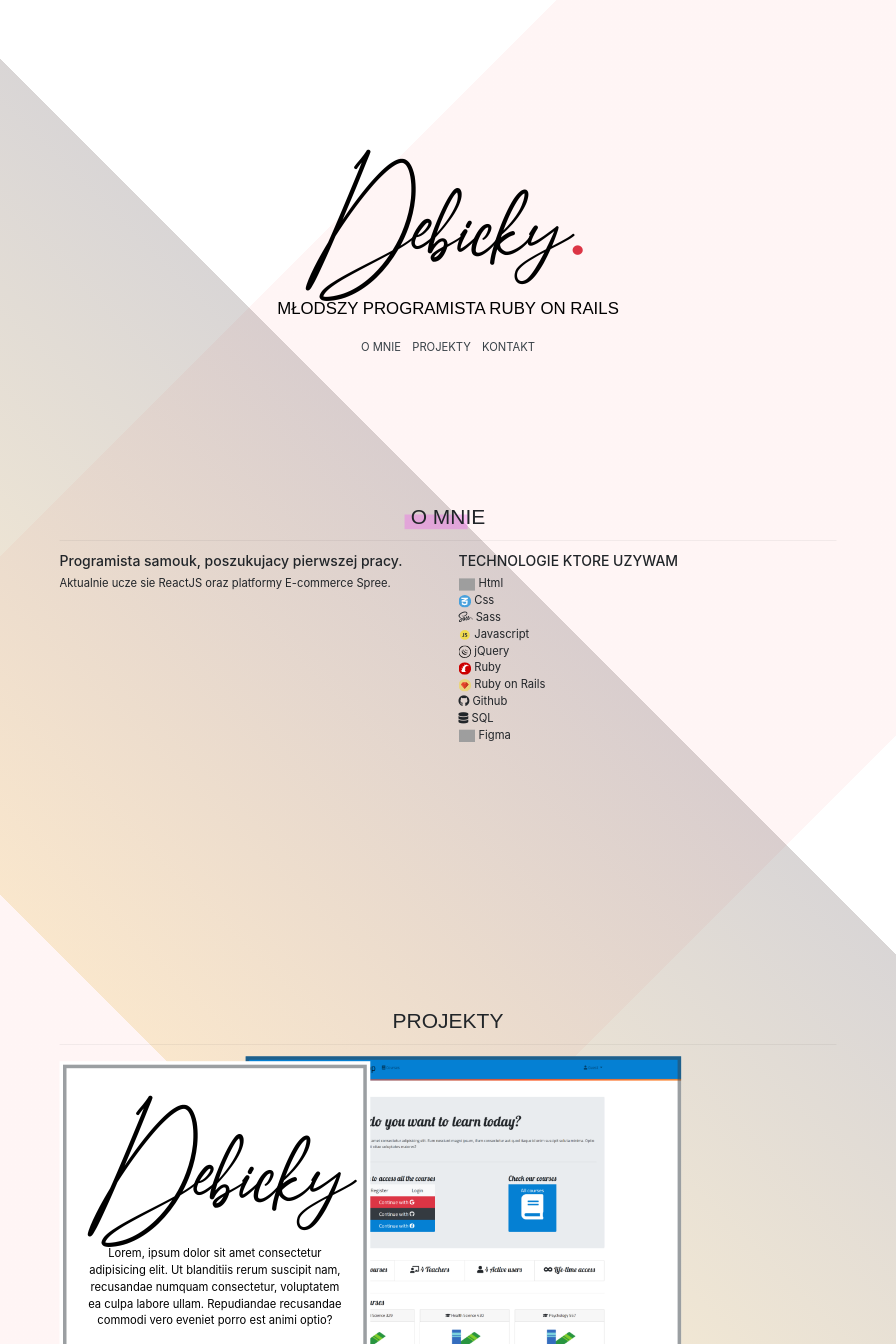
Repository: debicky/debicky.github.io
Page: index.html
The author's editor kept a copy of each file at every save. The page is drawn from the files as they stood at one save, then again after the next save.
The browser window is 1280 px wide. The pictures show the part of the page from y = 0 to 1920 px (the page is 4403 px tall before and 3803 px after), at 70% of full size.
Pictures or frames that could not be fetched are drawn as grey boxes. Some web fonts or font styles are not loaded; a fallback is used. Some web libraries are served in a nearby version.

Above is the page before, as saved 2020-06-14 15:50:23.

### index.html
<!DOCTYPE html>
<html lang="en">
<head>
  <meta charset="UTF-8">
  <meta name="viewport" content="width=device-width, initial-scale=1.0">
  <title>Debicky</title>
  <link rel="stylesheet" href="https://stackpath.bootstrapcdn.com/bootstrap/4.5.0/css/bootstrap.min.css" integrity="sha384-9aIt2nRpC12Uk9gS9baDl411NQApFmC26EwAOH8WgZl5MYYxFfc+NcPb1dKGj7Sk" crossorigin="anonymous">
  <link rel="stylesheet" href="https://cdnjs.cloudflare.com/ajax/libs/font-awesome/5.11.2/css/all.min.css">
  <link rel="stylesheet" href="styles.css">
  <link rel="stylesheet" href="https://unpkg.com/aos@next/dist/aos.css" />

</head>
<body>


  <header>
    <div class="signature" data-aos="fade-in" data-aos-duration="2000">
      <h5 class="signature-heading ">Debicky<span class="text-danger font-weight-bolder">.</span></h5>
      <h3 class="signature-subheading">Młodszy Programista Ruby on Rails</h3>
    </div>

    <div class="container">
      <nav class="navbar navbar-expand-md p-0 rounded" data-aos="fade-in" data-aos-duration="3000">
        <button class="navbar-toggler" type="button" data-toggle="collapse" data-target="#navbarSupportedContent" aria-controls="navbarSupportedContent" aria-expanded="false" aria-label="Toggle navigation">
          <i class="fas fa-bars"></i>
          <i class="fas fa-times"></i>
        </button>

        <div class="collapse navbar-collapse d-md-flex justify-content-center" id="navbarSupportedContent">
          <ul class="navbar-nav">
            <li class="nav-item">
              <a class="nav-link" href="#about">O mnie</a>
            </li>
            <li class="nav-item">
              <a class="nav-link" href="#projects">Projekty</a>
            </li>
            <li class="nav-item">
              <a class="nav-link" href="#contact">Kontakt</a>
            </li>
          </ul>
        </div>
      </nav>
    </div>
  </header>

  <section class="about" id="about">
    <div class="container">
      <h1 class="text-center">O mnie</h1>
      <hr>

      <div class="row">
        <div class="col-12 col-md-6 col-lg-6 mb-5 mb-md-0">
          <h5>
            Programista samouk, poszukujacy pierwszej pracy.
          </h5>
          Aktualnie ucze sie ReactJS oraz platformy E-commerce Spree.
        </div>
        <div class="col-12 col-md-6 col-lg-6 mb-5 mb-md-0">
          <h5 class="text-uppercase">Technologie ktore uzywam</h5>
            <ul class="list-unstyled">
              <li>
                <img src="/images/icons/html.svg" alt=""> Html
              </li>
              <li>
                <img src="/images/icons/css.svg" alt=""> Css
              </li>
              <li>
                <i class="fab fa-sass"></i> Sass
              </li>
              <li>
                <img src="/images/icons/js.svg" alt=""> Javascript
              </li>
              <li>
                <img src="/images/icons/jquery.svg" alt=""> jQuery
              </li>
              <li>
                <img src="/images/icons/ror.svg" alt=""> Ruby
              </li>
              <li>
                <img src="/images/icons/ruby.svg" alt=""> Ruby on Rails
              </li>
              <li>
                <i class="fab fa-github"></i> Github
              </li>
              <li>
                <i class="fas fa-database"></i> SQL
              </li>
              <li>
                <img src="/images/icons/figma.svg" alt=""> Figma
              </li>

            </ul>
        </div>
        </div>
      </div>

    </div>
  </section>




  <section class="projects" id="projects">
    <div class="container">
      <h1 class="text-center">Projekty</h1>
      <hr>

      <div class="project-1">
        <div class="about-content">
          <div class="about-description">
            <div class="signature">
              <h5 class="signature-heading">Debicky</h5>
              <p>Lorem, ipsum dolor sit amet consectetur adipisicing elit. Ut blanditiis rerum suscipit nam, recusandae numquam consectetur, voluptatem ea culpa labore ullam. Repudiandae recusandae commodi vero eveniet porro est animi optio?</p>
            </div>
          </div>
          <div class="about-image">
            <a href="/images/1.jpeg">
              <img src="/images/course.png" alt="img1">
            </a>
          </div>
        </div>
      </div>
      <div class="project-1">
        <div class="about-content">
          <div class="about-description">
            <div class="signature">
              <h5 class="signature-heading">Debicky</h5>
              <p>Lorem, ipsum dolor sit amet consectetur adipisicing elit. Ut blanditiis rerum suscipit nam, recusandae numquam consectetur, voluptatem ea culpa labore ullam. Repudiandae recusandae commodi vero eveniet porro est animi optio?</p>
            </div>
          </div>
          <div class="about-image">
            <a href="/images/1.jpeg">
              <img src="/images/blog.png" alt="img1">
            </a>
          </div>
        </div>
      </div>
      <div class="project-1">
        <div class="about-content">
          <div class="about-description">
            <div class="signature">
              <h5 class="signature-heading">Debicky</h5>
              <p>Lorem, ipsum dolor sit amet consectetur adipisicing elit. Ut blanditiis rerum suscipit nam, recusandae numquam consectetur, voluptatem ea culpa labore ullam. Repudiandae recusandae commodi vero eveniet porro est animi optio?</p>
            </div>
          </div>
          <div class="about-image">
            <a href="/images/1.jpeg">
              <img src="/images/shop.png" alt="img1">
            </a>
          </div>
        </div>
      </div>

    </div>
  </section>

  <section class="contact" id="contact">
    <div class="container">
      <h1 class="text-center">Kontakt</h1>
      <hr>

      <div class="row">
        <div class="col-12 col-md-6 col-lg-6 mb-5 mb-md-0">
          <div class="jumbotron">
            Potrzebujesz wiecej informacji?
            Wyslij mi wiadomosc e-mail lub skontaktuj sie przez Messenger!
          </div>
        </div>
        <div class="col-12 col-md-6 col-lg-6 mb-5 mb-md-0">
          <div class="jumbotron">SECOND</div>
        </div>
      </div>
    </div>
  </section>


  <footer class="py-5" id="footer">
    <div class="up" id="up">
      <i class="fas fa-chevron-up"></i>
    </div>
    <div class="container">
      <div class="row">
        <div class="col-12 col-md-5 col-lg-4 mb-5 mb-md-0">
          <div class="signature-footer">
            <h5 class="signature-footer-heading">Debicky<span class="text-danger font-weight-bolder">.</span></h5>
            <h3 class="signature-footer-subheading">Programista Ruby on Rails</h3>
          </div>
          <small class="d-block mt-2 text-muted">&copy; 2020</small>
        </div>
        <div class="col-12 col-md-5 col-lg-4 mb-5">
          <h5 class="text-uppercase">Media</h5>
            <ul class="list-unstyled mb-0">
              <li>
                <a href="https://www.facebook.com/artur.debicki.5" class="text-muted"><i class="fab fa-facebook"></i> Facebook</a>
              </li>
              <li>
                <a href="https://www.instagram.com/debicky" class="text-muted"><i class="fab fa-instagram"></i> Instagram</a>
              </li>
              <li>
                <a href="https://github.com/debicky" class="text-muted"><i class="fab fa-github"></i> Github</a>
              </li>
            </ul>
        </div>
        <div class="col-12 col-md-5 col-lg-4">
          <h5 class="text-uppercase">Kontakt</h5>
            <ul class="list-unstyled mb-0">
              <li>
                <a href="mailto:arturd444@gmail.com" class="text-muted"><i class="fas fa-envelope"></i> arturd444@gmail.com</a>
              </li>
              <li>
                <p class="text-muted"><i class="fa fa-phone"></i> +48 692 138 221</p>
              </li>
            </ul>
        </div>
      </div>
    </div>
  </footer>



  <script src="https://code.jquery.com/jquery-3.5.0.min.js" crossorigin="anonymous"></script>
  <script src="https://cdn.jsdelivr.net/npm/popper.js@1.16.0/dist/umd/popper.min.js" integrity="sha384-Q6E9RHvbIyZFJoft+2mJbHaEWldlvI9IOYy5n3zV9zzTtmI3UksdQRVvoxMfooAo" crossorigin="anonymous"></script>
  <script src="https://stackpath.bootstrapcdn.com/bootstrap/4.5.0/js/bootstrap.min.js" integrity="sha384-OgVRvuATP1z7JjHLkuOU7Xw704+h835Lr+6QL9UvYjZE3Ipu6Tp75j7Bh/kR0JKI" crossorigin="anonymous"></script>
  <script src="https://unpkg.com/aos@next/dist/aos.js"></script>
  <script src="script.js"></script>

</body>
</html>

### styles.css
@import url('https://fonts.googleapis.com/css?family=Playfair+Display+SC|Roboto:300,400&display=swap');

@font-face {
  font-family: "AmostelySignature";
  src: url("/fonts/AmostelySignature.ttf");
  }


* {
  margin: 0;
  padding: 0;
  box-sizing: border-box;
}

body {
  background-image: linear-gradient(45deg, transparent 0%, transparent 55%,rgba(238, 202, 125, 0.336) 55%, rgba(83, 67, 67, 0.219) 76%,transparent 76%, transparent 100%),linear-gradient(135deg, transparent 0%, transparent 14%,rgba(255,1,1, 0.04) 14%, rgba(255,1,1, 0.04) 41%,transparent 41%, transparent 100%),linear-gradient(45deg, transparent 0%, transparent 2%,rgba(255,1,1, 0.04) 2%, rgba(255,1,1, 0.04) 18%,transparent 18%, transparent 100%),linear-gradient(135deg, transparent 0%, transparent 61%,rgba(255,1,1, 0.04) 61%, rgba(255,1,1, 0.04) 71%,transparent 71%, transparent 100%),linear-gradient(90deg, rgb(255,255,255),rgb(255,255,255));
}

html {
  font-family: "Roboto", sans-serif;
}

a:hover {
  text-decoration: none;;
}

/* Heading */

header{
  height: 100vh;
  width: 100%;
  display: flex;
  flex-direction: column;
  align-items: center;
  justify-content: center;

}

.signature{
  color: black;
  text-align: center;
  user-select: none;
}

.signature-heading{
  font-family: 'AmostelySignature', cursive;
  font-size: 10rem;
  margin-bottom: 30px;
}

.signature-subheading{
  font-family: 'Playfair Display SC', sans-serif;
  font-size: 1.5rem;
  text-transform: uppercase;
  margin-bottom: 20px;
}

/* Navbar */

.navbar{
  background-color: #384147;
}

.navbar-toggler i{
  color: #fff;
  font-size: 1.2rem;
}

.navbar-toggler .fa-times{
  display: none;
}

.navbar-toggler.menu-open  .fa-bars{
  display: none;
}

.navbar-toggler.menu-open  .fa-times{
  display: block;
}

.navbar-nav{
  padding: 20px;
}

.nav-link{
  color: #fff;
  text-transform: uppercase;
  transition: opacity .5s;
  font-size: 1rem;
}

.nav-link:hover{
  color: maroon;
}

/* About */

.about{
  height: 100vh;
}

.about h1 {
  position: relative;
  z-index: 1;
}

.about h1::before {
  content: ' ';
  position: absolute;
  width: 3em;
  background: #ec52ec57;
  height: .7em;
  bottom: 0;
  z-index: -1;
  margin-left: -.3em;
}

.about img{
height: 18px;
}

.about-description{
  width: 100%;
  background-color: #fff;
  padding: 40px;
  outline: 5px solid rgba(56, 65, 71, 0.5);
  outline-offset: -5px;
  order: 1;
  margin-top: 5px;
}

.about-image{
  order: 2;
}

.about-image img{
  outline: 5px solid rgba(56, 65, 71, 0.5);
  outline-offset: -5px;
  width: 100%;
  height: auto;
  display: block;
}

.about-image a::after{
  font-family: 'Font Awesome 5 Free';
  content: "\f35d";
  font-weight: 600;
  position: absolute;
  top: 50%;
  left: 50%;
  transform: translate(-50%, -50%);
  color: maroon;
  font-size: 25px;
  z-index: 101;
  width: 70px;
  height: 70px;
  border: 3px solid maroon;
  border-radius: 100%;
  display: flex;
  align-items: center;
  justify-content: center;
  opacity: 0;
  transition: opacity .5s;
}

.about-image a:hover::after{
  opacity: .7;
}


/* Projects */

section h1{
  font-family: 'Playfair Display SC', sans-serif;
  font-size: 30px;
  text-transform: uppercase;
}





/* Contact */

.contact{
  height: 100vh;
}


.jumbotron{
  width: 100%;
  display: flex;
  align-items: center;
  justify-content: center;
}

/* Footer */


footer {
  background-color: #151515;
  color: #fff;
}

.signature-footer{
  color: #fff;
  user-select: none;
}

.signature-footer-heading{
  font-family: 'AmostelySignature', cursive;
  font-size: 50px;
  margin-bottom: 30px;
  color: #fff;
}

.signature-footer-subheading{
  font-family: 'Playfair Display SC', sans-serif;
  font-size: 12px;
  text-transform: uppercase;
  color: #fff;
}

footer h5{
  font-family: 'Playfair Display SC', sans-serif;

}


a.text-muted:hover{
  color: maroon !important;
}

.up{
  position: absolute;
  width: 5rem;
  height: 5rem;
  background-color: #fff;
  right: 5rem;
  border-radius: 100%;
  display: flex;
  animation: pulse 2.5s infinite;
  cursor: pointer;
}

.up i{
  color: #151515;
  font-size: 2rem;
  margin: auto;
}

@keyframes pulse {
  0%{
    box-shadow: 0 0 0 0 rgba(238, 202, 125, 0.99);
  }
  70%{
    box-shadow: 0 0 0 2rem rgba(238, 202, 125, 0);

  }
  100%{
    box-shadow: 0 0 0 0 rgba(238, 202, 125, 0);

  }
}

/* Responsive */

@media screen and (min-width: 768px) {
  .navbar{
    background-color: transparent;
  }
  .navbar-nav{
    padding: 0;
  }
  .nav-link{
    color: #384147;
  }

  nav:hover .nav-link:not(:hover){
    opacity: .5;
  }

  .about-content{
    position: relative;
    display: block;
  }

  .about-description{
    position: absolute;
    top: 80%;
    transform: translateY(-50%);
    width: 60%;
    outline-offset: -10px;
  }

  .about-image img{
    width: 70%;
    margin-left: auto;
  }
}

@media screen and (min-width: 1200px) {
  .about-description{
    top: 50%;
    width: 40%;
  }

  .about-image{
    width: 80%;
  }


}

.project-1{
  margin-bottom: 200px;
}

### script.js
$(document).ready(function () {

  AOS.init();


  $('.navbar-toggler').on('click', function () {
    $(this).toggleClass('menu-open');
  })

  $('.navbar .nav-link').on('click', function () {
    $('.navbar-collapse').toggleClass('show')
    $('.navbar-toggler').removeClass('menu-open')
  });

  $('nav a[href*="#').on('click', function () {
    $('html, body').animate({
      scrollTop: $($(this).attr('href')).offset().top - 10
    }, 900);
  });

  $('#up').on('click', function () {
    $('html, body').animate({
      scrollTop: 0
    }, 900);
  });






})

After the next save:
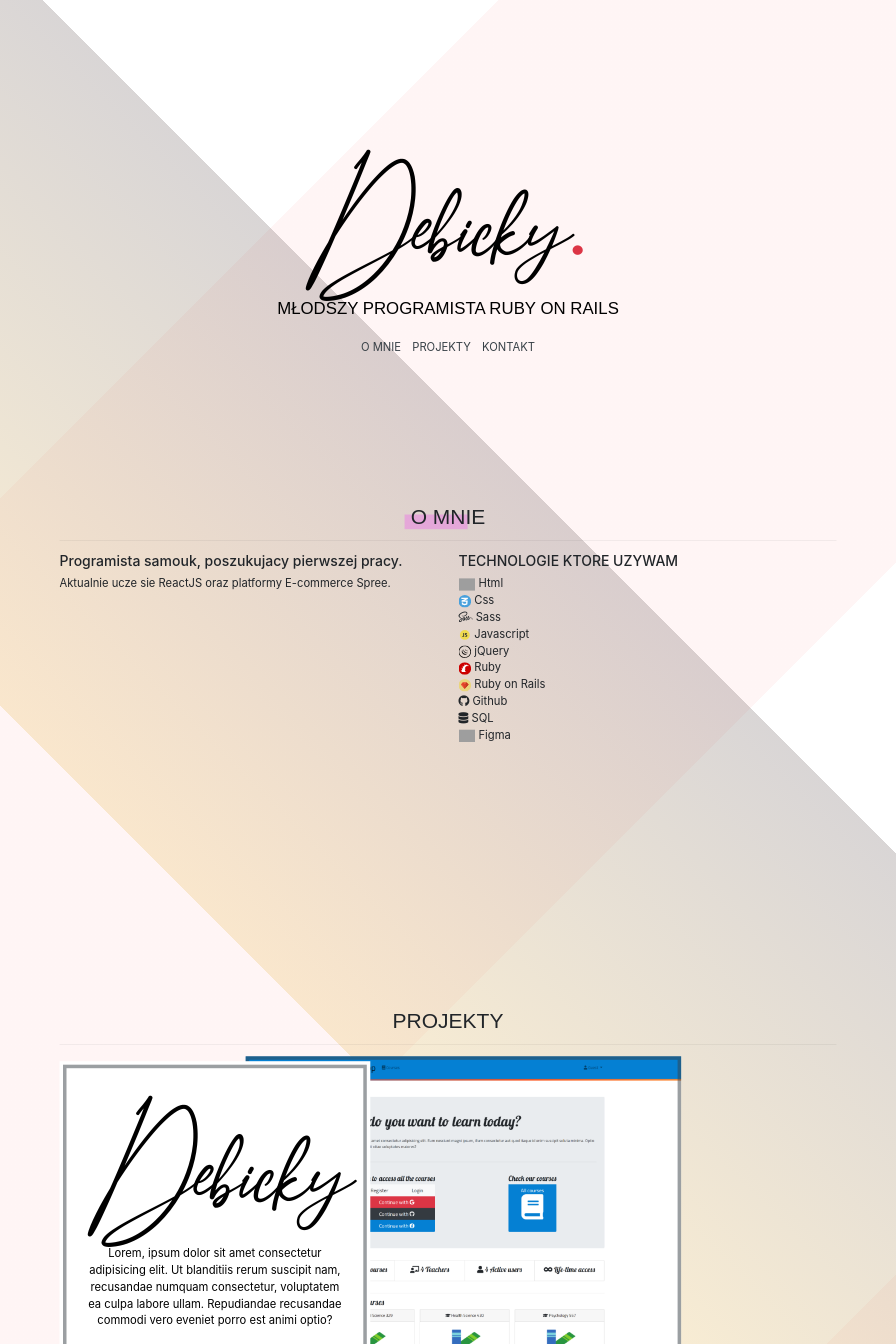
Saved 44 s later.
--- a/styles.css
+++ b/styles.css
@@ -311,7 +311,3 @@ a.text-muted:hover{
 
 
 }
-
-.project-1{
-  margin-bottom: 200px;
-}
